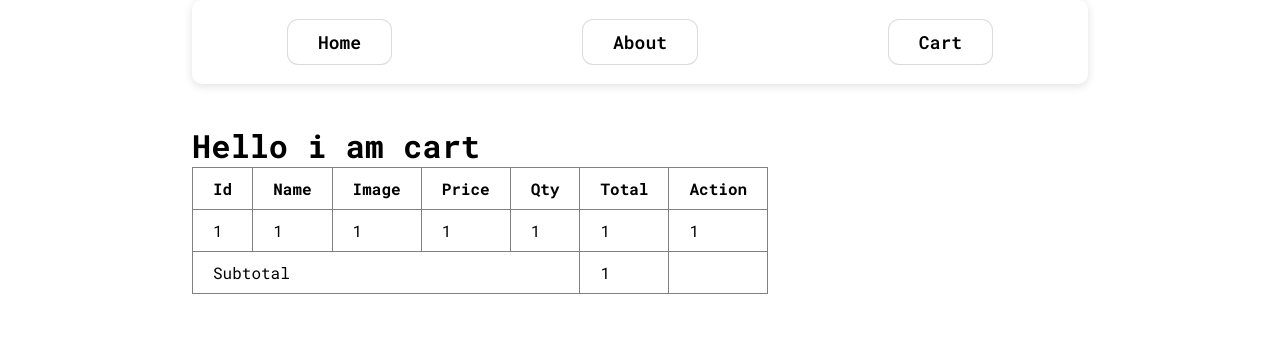
Repository: tuankiet10920/vuejs
Page: /cart
These files come from the project's save history. The page is drawn as it stood at one moment and after the next save; the edit follows.
The browser window is 1280 px wide. The pictures show the whole page.
The project was rebuilt for these pictures with package versions that can differ from the ones it lists, and the page was loaded fresh each time. Also part of the build but not shown: vite.config.js.

Above is the page before, as saved 2024-08-24 12:08:03.

After the next save:
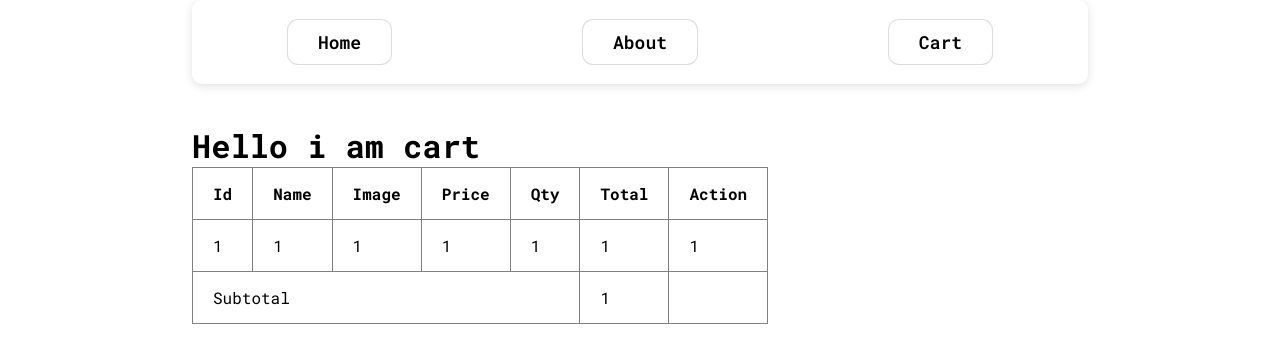
Saved 7 s later.
--- a/src/components/table.vue
+++ b/src/components/table.vue
@@ -41,6 +41,6 @@ table {
 
 th,
 td {
-    padding: 10px 20px;
+    padding: 15px 20px;
 }
 </style>
